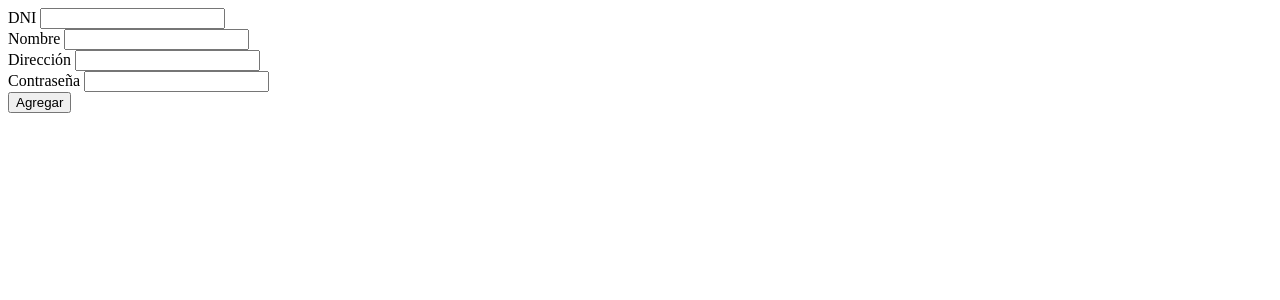
Repository: LaureanoC/Java-Foodtruck
Page: http://localhost/Foodtruck/altaEmpleado.html
An editor plug-in stored every save of this project. The page is shown before and after the next save, followed by the edit.
The browser window is 1280 px wide. The pictures show the whole page.
The page is served by Tomcat 9.

Above is the page before, as saved 2023-07-08 03:24:56.

After the next save:
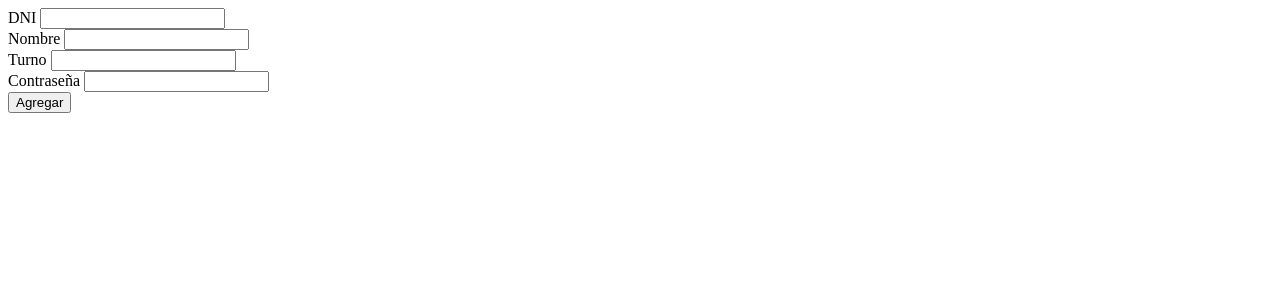
Saved 102 s later.
--- a/Foodtruck/src/main/webapp/altaEmpleado.html
+++ b/Foodtruck/src/main/webapp/altaEmpleado.html
@@ -19,8 +19,8 @@
 			<input name="nombre">
 		</div>
 		<div>
-			<label>Dirección</label>
-			<input name="direccion">
+			<label>Turno</label>
+			<input name="turno">
 		</div>
 		<div>
 			<label>Contraseña</label>
